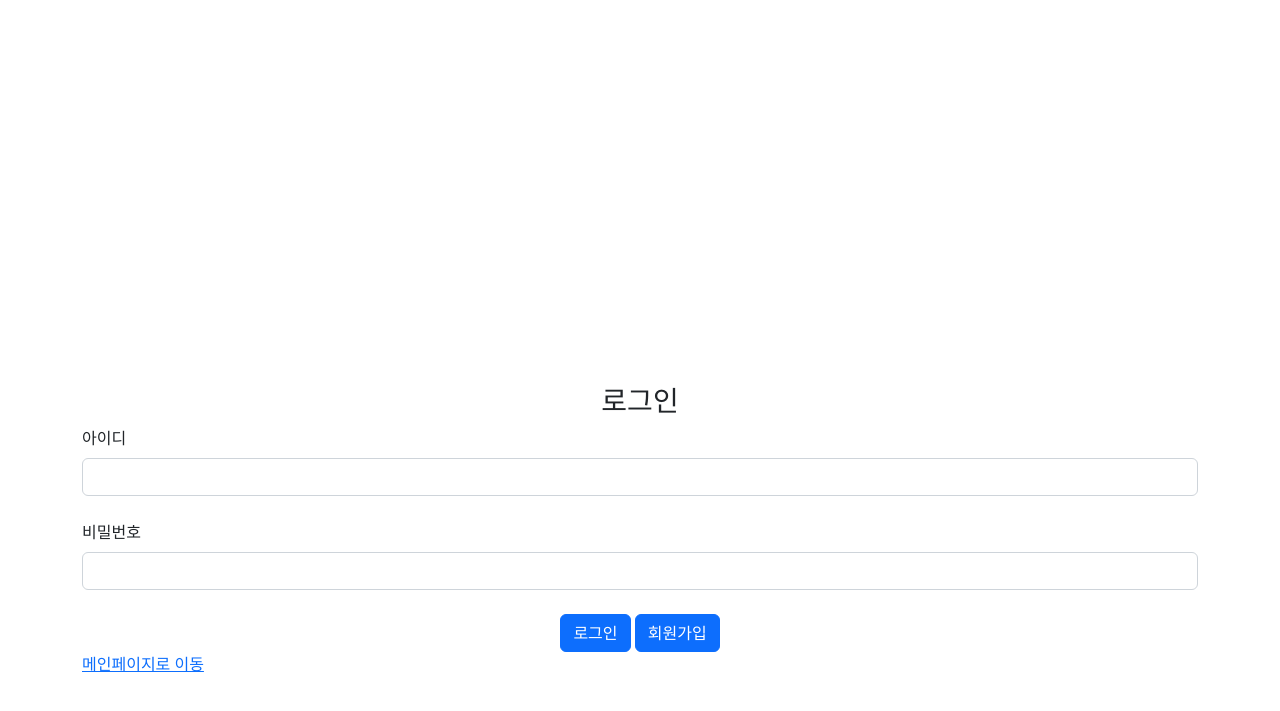
Repository: DNWissac/OJTphp
Page: http://localhost/view/signin.php
These files come from the project's save history. The page is drawn as it stood at one moment and after the next save; the edit follows.
The browser window is 1280 px wide. The pictures show the whole page.
The page is run by PHP 8.4 with error messages shown; the project is at /var/www/html/.

Above is the page before, as saved 2022-08-05 08:37:36.

After the next save:
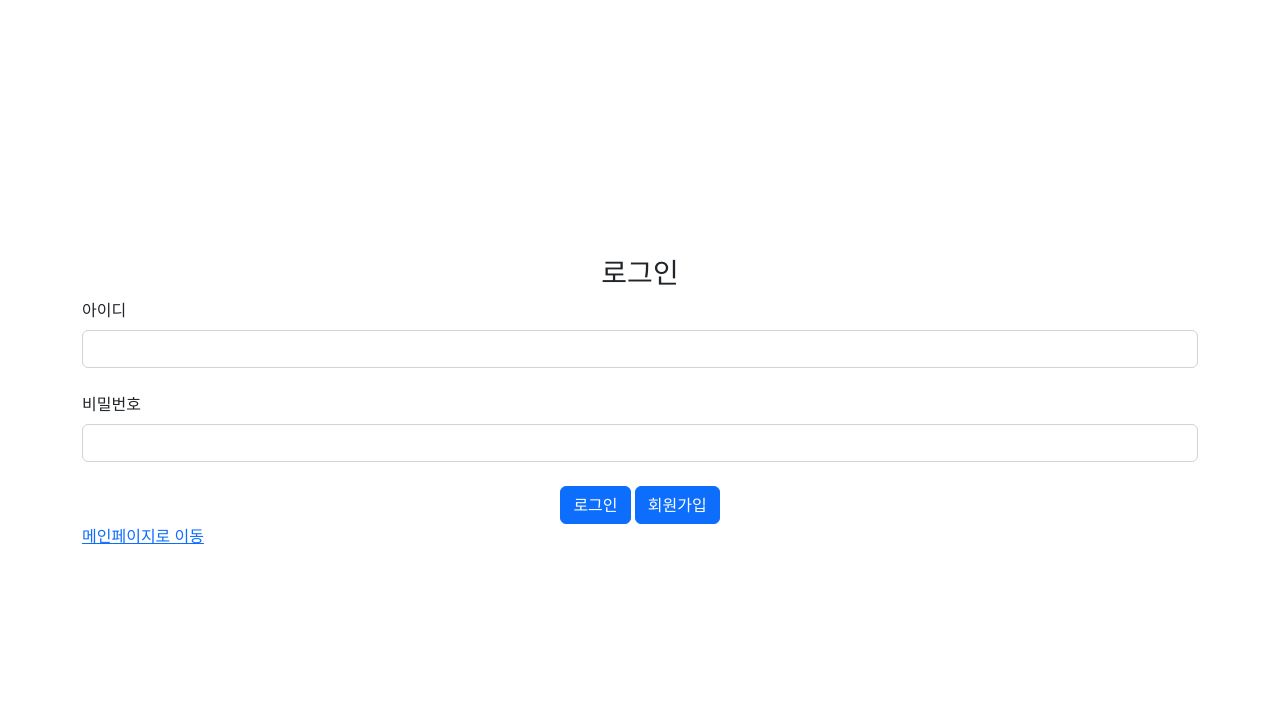
Saved 4 s later.
--- a/Board1/View/signin.php
+++ b/Board1/View/signin.php
@@ -15,7 +15,7 @@
     }
     .container
     {
-        padding-top: 30%;
+        padding-top: 20%;
     }
 
 </style>
